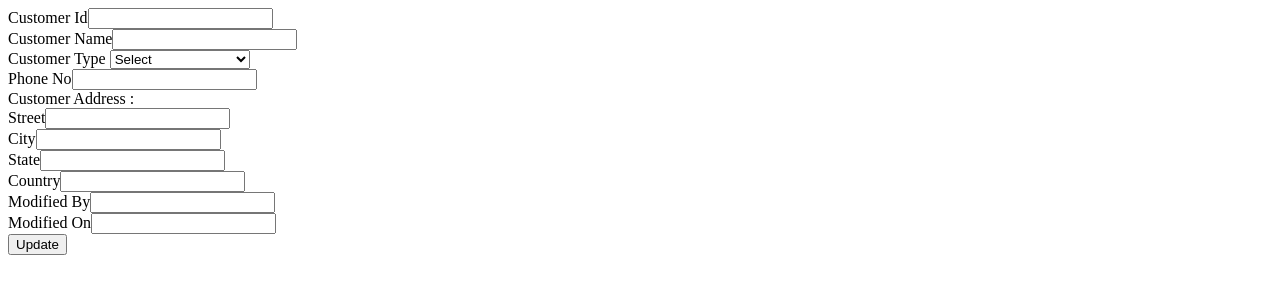
Repository: Mahesh2114/Project
Page: http://localhost/bms/update.jsp
These files come from the project's save history. The page is drawn as it stood at one moment and after a run of saves; the edit follows.
The browser window is 1280 px wide. The pictures show the whole page.
The page is served by Tomcat 9. Other server files are loaded and not shown.

Above is the page before, as saved 2021-12-06 03:46:56.

### Project1/bms/src/main/webapp/update.jsp
<%@ page language="java" contentType="text/html; charset=ISO-8859-1"
	pageEncoding="ISO-8859-1"%>
<!DOCTYPE html>
<html>
<head>
<meta charset="ISO-8859-1">
<title>Insert title here</title>
</head>
<body>
	<form action="/update" method="post">

        <div>
			<label>Customer Id</label><input type="text" name="cid">
		</div>
		<div>
			<label>Customer Name</label><input type="text" name="name">
		</div>
		<div>
			<label for="type">Customer Type</label> <select name="type" id="type">
				<option value="select">Select</option>
				<option value="cheap">Cheap Customer</option>
				<option value="educated">Educated Customer</option>
				<option value="driven">Driven Customer</option>
			</select>
		</div>
		<div>
			<label>Phone No</label><input type="text" name="phone">
		</div>
		<div>
			<label>Customer Address :</label><br> <label>Street</label><input
				type="text" name="street"> <br> <label>City</label><input
				type="text" name="city"><br> <label>State</label><input
				type="text" name="state"><br> <label>Country</label><input
				type="text" name="country"><br>
		</div>
		<div>
			<label>Modified By</label><input type="text" name="modified_by">
		</div>
		<div>
			<label>Modified On</label><input type="text" name="date">
		</div>
		<div>
			<button type="submit">Update</button>
		</div>
	</form>
</body>
</html>

After the next 2 saves:
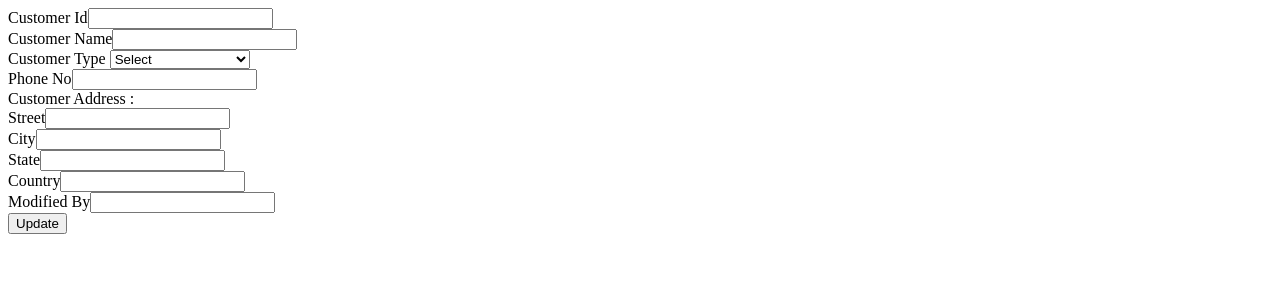
The 2 saves are shown as one change because they came seconds apart.
The last was saved 25 s later.
--- a/Project1/bms/src/main/webapp/update.jsp
+++ b/Project1/bms/src/main/webapp/update.jsp
@@ -9,7 +9,7 @@
 <body>
 	<form action="/update" method="post">
 
-        <div>
+		<div>
 			<label>Customer Id</label><input type="text" name="cid">
 		</div>
 		<div>
@@ -36,11 +36,7 @@
 		<div>
 			<label>Modified By</label><input type="text" name="modified_by">
 		</div>
-		<div>
-			<label>Modified On</label><input type="text" name="date">
-		</div>
-		<div>
-			<button type="submit">Update</button>
+		<button type="submit">Update</button>
 		</div>
 	</form>
 </body>
